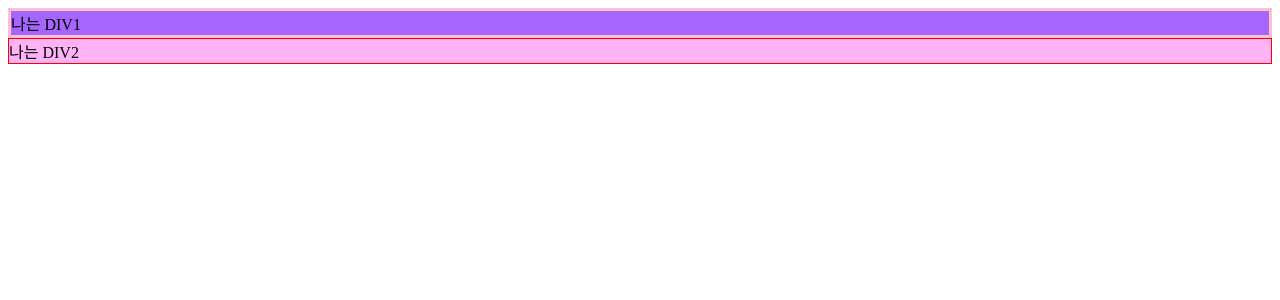
Repository: gold37/JAVA_HOME
Page: myjsp/myjsp/HTML5/WebContent/ch01_cssOrder/cssOrder.html
An editor plug-in stored every save of this project. The page is shown before and after the next save, followed by the edit.
The browser window is 1280 px wide. The pictures show the whole page.

Above is the page before, as saved 2020-04-22 03:48:43.

After the next save:
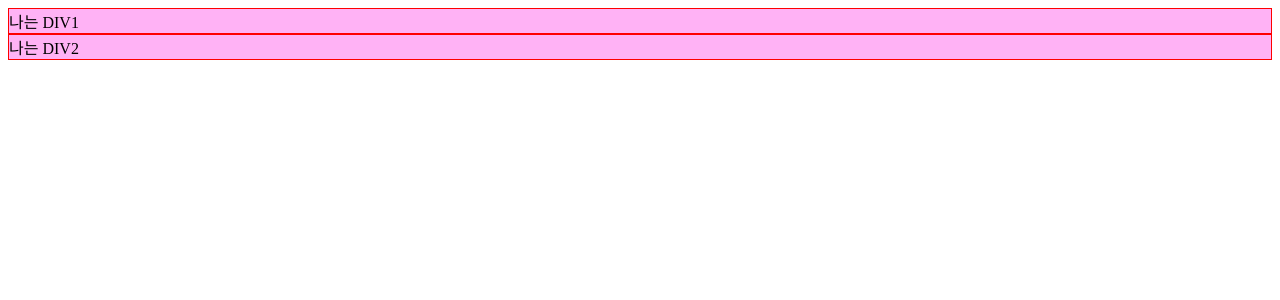
Saved 34 s later.
--- a/myjsp/myjsp/HTML5/WebContent/ch01_cssOrder/cssOrder.html
+++ b/myjsp/myjsp/HTML5/WebContent/ch01_cssOrder/cssOrder.html
@@ -37,7 +37,7 @@
 <body>
 
 
-<div>나는 DIV1</div>
+<div style="border: solid 1px red; background-color: #FFB2F5;">나는 DIV1</div>
 <div style="border: solid 1px red; background-color: #FFB2F5;">나는 DIV2</div>
 
 
